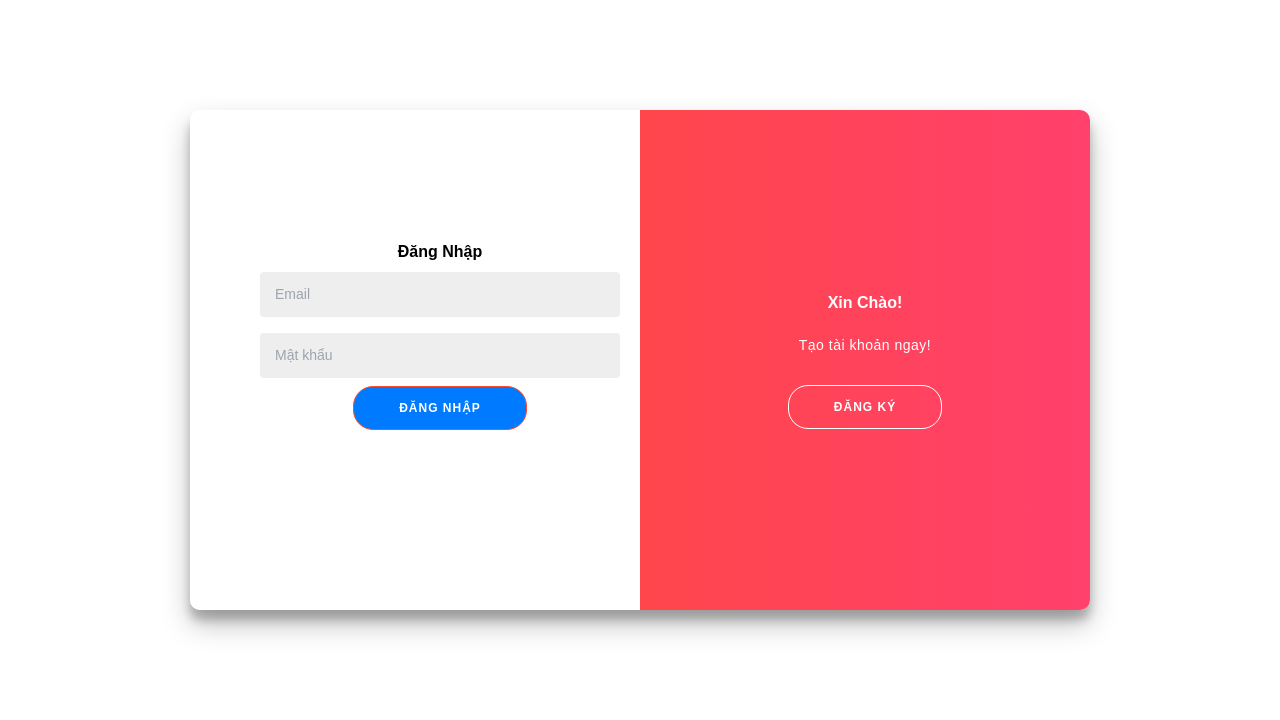
Repository: BlackWolf2002/project_airbn_react
Page: /login
An editor plug-in stored every save of this project. The page is shown before and after the next save, followed by the edit.
The browser window is 1280 px wide. The pictures show the whole page.
The project was rebuilt for these pictures with package versions that can differ from the ones it lists, and the page was loaded fresh each time. Also part of the build but not shown: vite.config.js, src/api/apiService.js, src/style/Home.css, src/components/Navbar.jsx, src/style/Footer.css, src/components/Footer.jsx, src/components/Home.jsx, src/style/Admin.css and 18 more.

Above is the page before, as saved 2025-02-16 19:36:15.

After the next save:
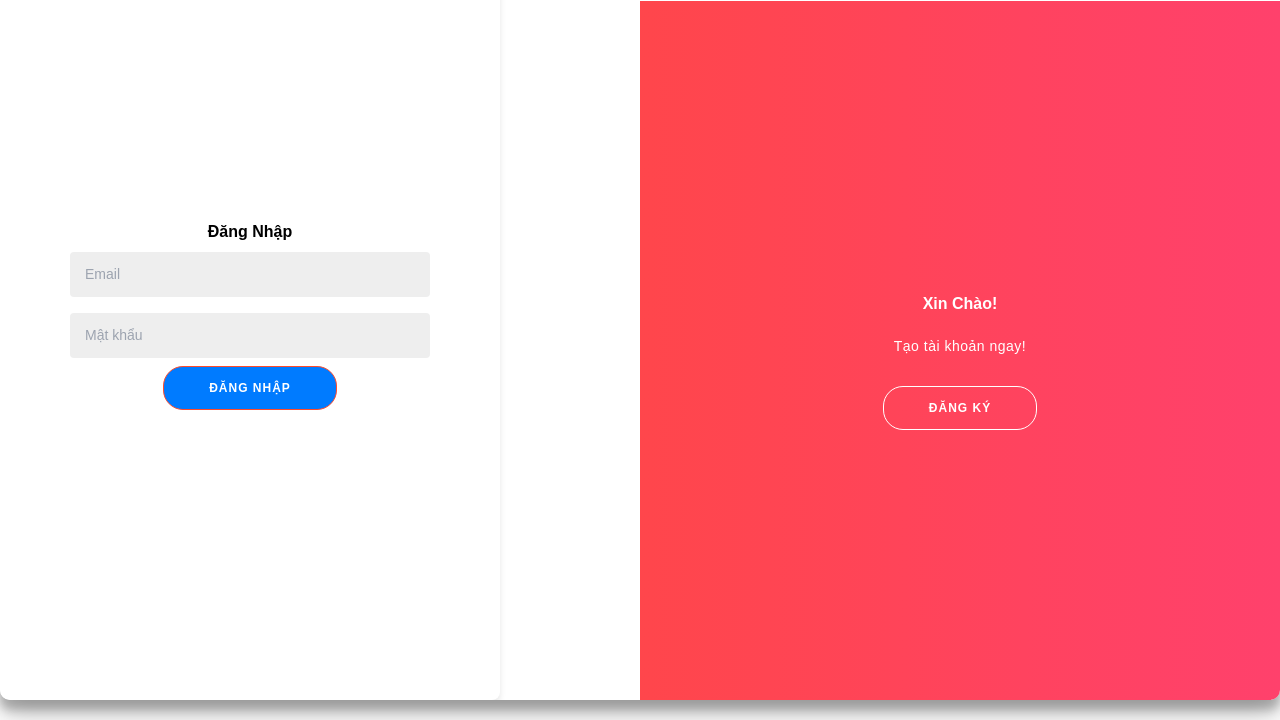
Saved 2 min 37 s later.
--- a/src/style/Login.css
+++ b/src/style/Login.css
@@ -2,24 +2,22 @@
     background-color: #fff;
     border-radius: 10px;
     box-shadow: 0 14px 28px rgba(0, 0, 0, 0.25), 0 10px 10px rgba(0, 0, 0, 0.22);
-    position: absolute;
-    top: 50%;
-    left: 50%;
-    transform: translate(-50%, -50%);
-    max-width: 900px;
-    width: 100%;
-    min-height: 500px;
+    position: relative;
+    overflow: hidden;
+    max-width: 100%;
+    min-height: 480px;
     font-family: "Montserrat", sans-serif;
-    display: flex;
-    flex-direction: row;
-    align-items: center;
-    justify-content: center;
-    overflow: hidden;
+    height: 100vh;
+    margin: -20px 0;
 }
 
 .container-login h1 {
     font-weight: bold;
     margin: 0;
+}
+
+.container-login h2 {
+    text-align: center;
 }
 
 .container-login p {
@@ -28,6 +26,10 @@
     line-height: 20px;
     letter-spacing: 0.5px;
     margin: 20px 0 30px;
+}
+
+.container-login span {
+    font-size: 12px;
 }
 
 .container-login a {
@@ -82,40 +84,54 @@
     width: 100%;
 }
 
-.form-container {
+.container-login .form-container {
     position: absolute;
     top: 0;
     height: 100%;
-    width: 50%;
-    transition: transform 0.6s ease-in-out, opacity 0.6s ease-in-out;
+    transition: all 0.6s ease-in-out;
 }
 
 .sign-in-container {
     left: 0;
+    width: 50%;
     z-index: 2;
-}
-
-.sign-up-container {
-    left: 50%;
-    z-index: 1;
-    opacity: 0;
 }
 
 .container-login.right-panel-active .sign-in-container {
     transform: translateX(100%);
+}
+
+.sign-up-container {
+    left: 0;
+    width: 50%;
     opacity: 0;
-    z-index: 1;
+    /* z-index: 1; */
 }
 
 .container-login.right-panel-active .sign-up-container {
-    transform: translateX(0);
+    transform: translateX(100%);
     opacity: 1;
     z-index: 5;
+    animation: show 0.6s;
+}
+
+@keyframes show {
+    0%,
+    49.99% {
+        opacity: 0;
+        z-index: 1;
+    }
+
+    50%,
+    100% {
+        opacity: 1;
+        z-index: 5;
+    }
 }
 
 .overlay-container {
     position: absolute;
-    top: 0;
+    top: 21px;
     left: 50%;
     width: 50%;
     height: 100%;
@@ -183,3 +199,14 @@
 .container-login .social-container {
     margin: 20px 0;
 }
+
+.container-login .social-container a {
+    border: 1px solid #dddddd;
+    border-radius: 50%;
+    display: inline-flex;
+    justify-content: center;
+    align-items: center;
+    margin: 0 5px;
+    height: 40px;
+    width: 40px;
+}

After the save that followed:
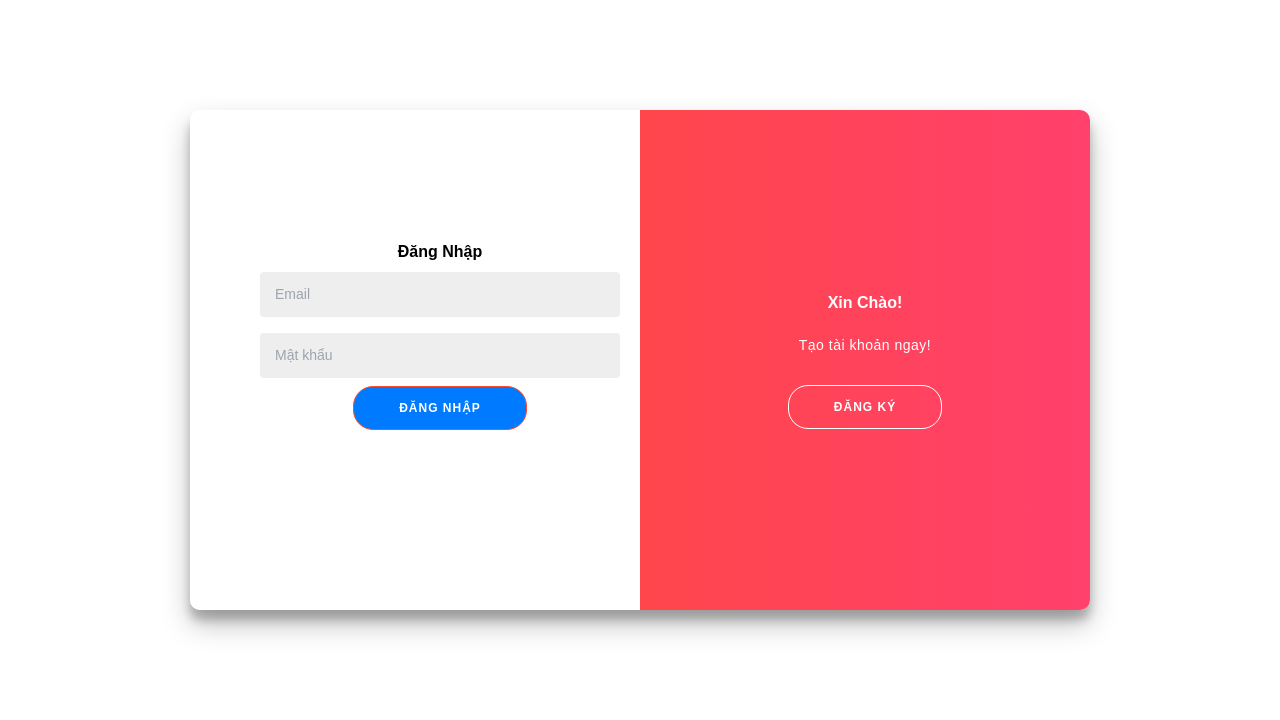
Saved 17 s later.
--- a/src/style/Login.css
+++ b/src/style/Login.css
@@ -2,22 +2,24 @@
     background-color: #fff;
     border-radius: 10px;
     box-shadow: 0 14px 28px rgba(0, 0, 0, 0.25), 0 10px 10px rgba(0, 0, 0, 0.22);
-    position: relative;
+    position: absolute;
+    top: 50%;
+    left: 50%;
+    transform: translate(-50%, -50%);
+    max-width: 900px;
+    width: 100%;
+    min-height: 500px;
+    font-family: "Montserrat", sans-serif;
+    display: flex;
+    flex-direction: row;
+    align-items: center;
+    justify-content: center;
     overflow: hidden;
-    max-width: 100%;
-    min-height: 480px;
-    font-family: "Montserrat", sans-serif;
-    height: 100vh;
-    margin: -20px 0;
 }
 
 .container-login h1 {
     font-weight: bold;
     margin: 0;
-}
-
-.container-login h2 {
-    text-align: center;
 }
 
 .container-login p {
@@ -26,10 +28,6 @@
     line-height: 20px;
     letter-spacing: 0.5px;
     margin: 20px 0 30px;
-}
-
-.container-login span {
-    font-size: 12px;
 }
 
 .container-login a {
@@ -84,54 +82,40 @@
     width: 100%;
 }
 
-.container-login .form-container {
+.form-container {
     position: absolute;
     top: 0;
     height: 100%;
-    transition: all 0.6s ease-in-out;
+    width: 50%;
+    transition: transform 0.6s ease-in-out, opacity 0.6s ease-in-out;
 }
 
 .sign-in-container {
     left: 0;
-    width: 50%;
     z-index: 2;
+}
+
+.sign-up-container {
+    left: 50%;
+    z-index: 1;
+    opacity: 0;
 }
 
 .container-login.right-panel-active .sign-in-container {
     transform: translateX(100%);
-}
-
-.sign-up-container {
-    left: 0;
-    width: 50%;
     opacity: 0;
-    /* z-index: 1; */
+    z-index: 1;
 }
 
 .container-login.right-panel-active .sign-up-container {
-    transform: translateX(100%);
+    transform: translateX(0);
     opacity: 1;
     z-index: 5;
-    animation: show 0.6s;
-}
-
-@keyframes show {
-    0%,
-    49.99% {
-        opacity: 0;
-        z-index: 1;
-    }
-
-    50%,
-    100% {
-        opacity: 1;
-        z-index: 5;
-    }
 }
 
 .overlay-container {
     position: absolute;
-    top: 21px;
+    top: 0;
     left: 50%;
     width: 50%;
     height: 100%;
@@ -199,14 +183,3 @@
 .container-login .social-container {
     margin: 20px 0;
 }
-
-.container-login .social-container a {
-    border: 1px solid #dddddd;
-    border-radius: 50%;
-    display: inline-flex;
-    justify-content: center;
-    align-items: center;
-    margin: 0 5px;
-    height: 40px;
-    width: 40px;
-}
